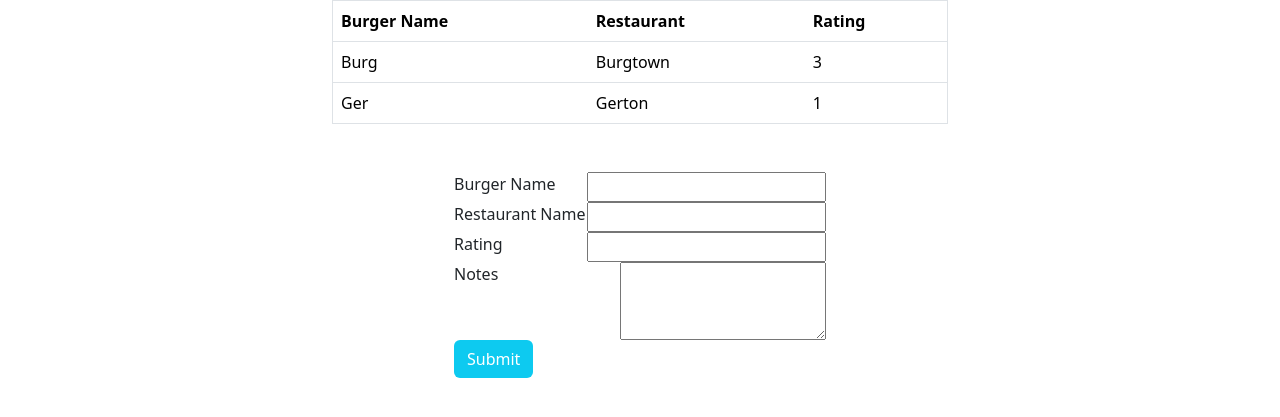
Repository: Hokusai12/Java_Dojo
Page: http://localhost/burgertracker/WEB-INF/index.jsp
The author's editor kept a copy of each file at every save. The page is drawn from the files as they stood at one save, then again after the next save.
The browser window is 1280 px wide. The pictures show the whole page.
The page is served by Tomcat 9. Nobody is signed in. The template is opened directly, without the code that normally fills it, so the values that code supplies are empty.

Above is the page before, as saved 2023-03-05 18:24:44.

After the next save:
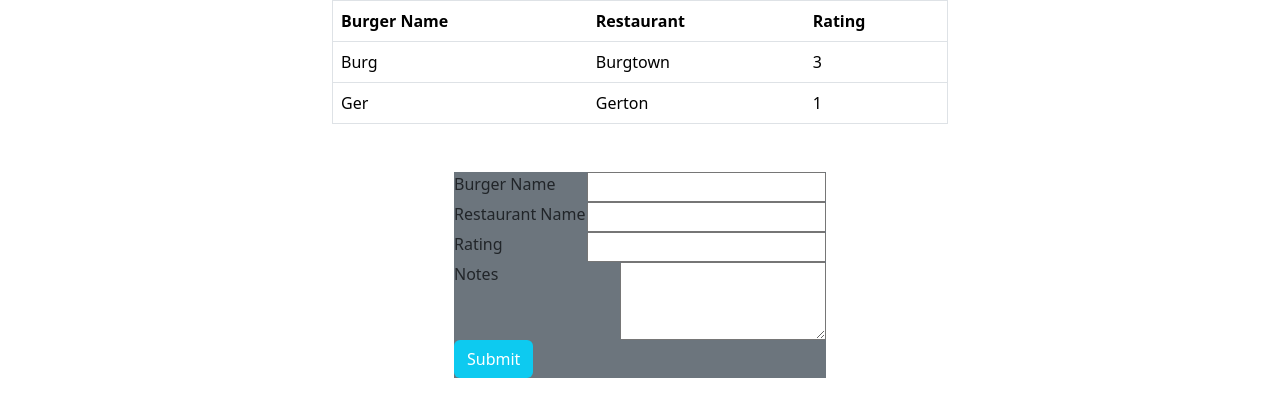
Saved 10 s later.
--- a/Spring/MVC/burgertracker/src/main/webapp/WEB-INF/index.jsp
+++ b/Spring/MVC/burgertracker/src/main/webapp/WEB-INF/index.jsp
@@ -33,7 +33,7 @@
 		</table>
 	</div>
 	<div class="container d-flex justify-content-around mt-5">
-		<form class="col-4" action="">
+		<form class="col-4 bg-secondary" action="">
 			<div class="d-flex justify-content-between">
 				<label for="name">Burger Name</label>
 				<input type="text" name="name"/>

After the save that followed:
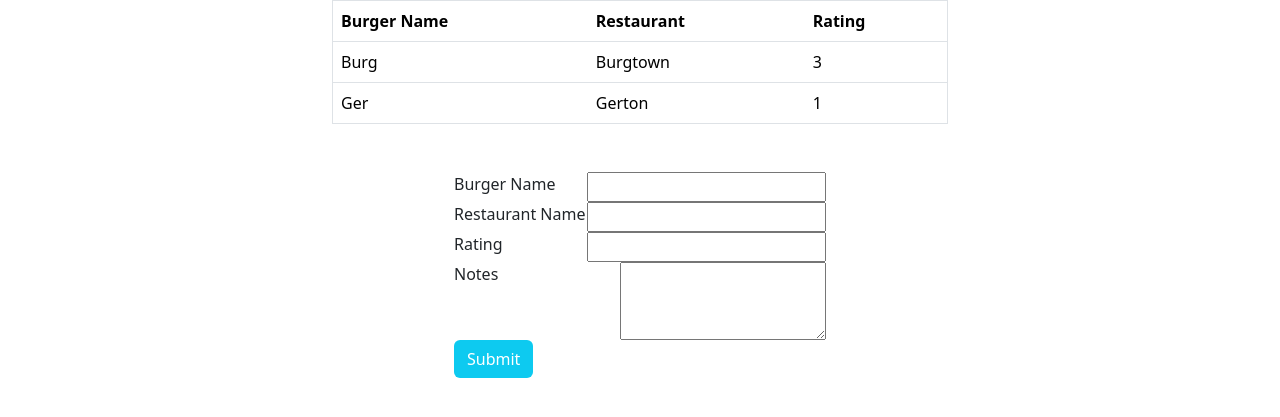
Saved 3 min 7 s later.
--- a/Spring/MVC/burgertracker/src/main/webapp/WEB-INF/index.jsp
+++ b/Spring/MVC/burgertracker/src/main/webapp/WEB-INF/index.jsp
@@ -33,7 +33,7 @@
 		</table>
 	</div>
 	<div class="container d-flex justify-content-around mt-5">
-		<form class="col-4 bg-secondary" action="">
+		<form class="col-4" action="">
 			<div class="d-flex justify-content-between">
 				<label for="name">Burger Name</label>
 				<input type="text" name="name"/>
